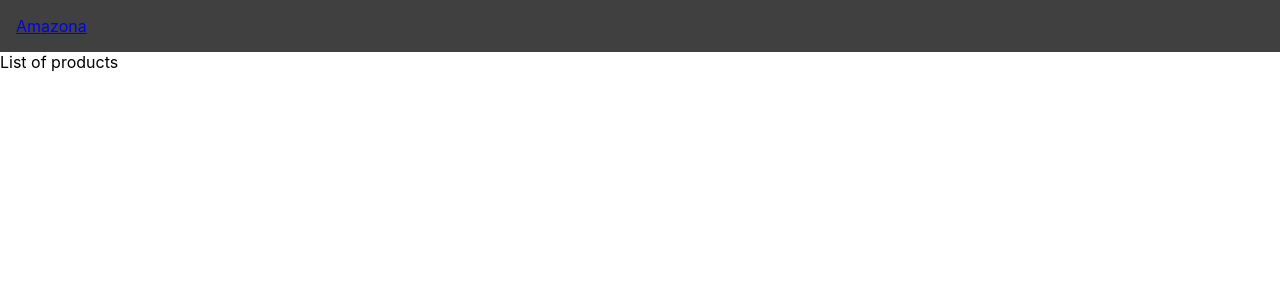
Repository: mahbub-hub/amazana-clone-yt
Page: / (app in frontend/)
The author's editor kept a copy of each file at every save. The page is drawn from the files as they stood at one save, then again after a run of saves.
The browser window is 1280 px wide. The pictures show the whole page.
The project was rebuilt for these pictures with package versions that can differ from the ones it lists, and the page was loaded fresh each time. Also part of the build but not shown: frontend/vite.config.js, frontend/src/App.css.

Above is the page before, as saved 2022-03-05 10:08:20.

After the next 3 saves:
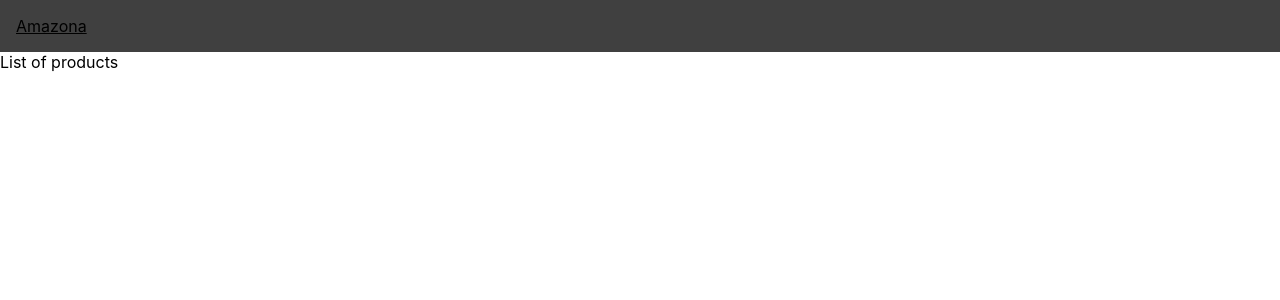
The 3 saves are shown as one change because they came seconds apart.
The last was saved 8 s later.
--- a/frontend/src/index.css
+++ b/frontend/src/index.css
@@ -12,4 +12,6 @@ header {
   padding: 1em;
 }
 
-he
+header a {
+  color: #000;
+}
